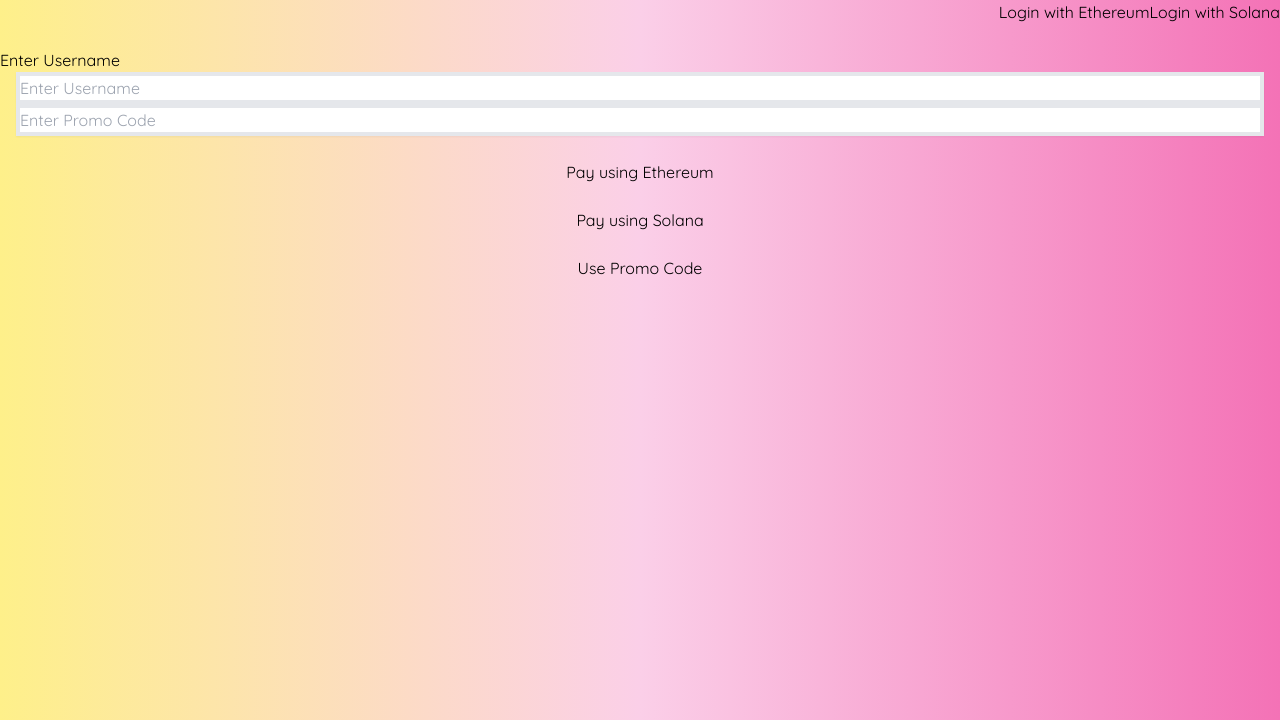
Repository: 22shivam/Polychain
Page: / (app in frontend/)
These files come from the project's save history. The page is drawn as it stood at one moment and after the next save; the edit follows.
The browser window is 1280 px wide. The pictures show the whole page.
The page's requests for data from a server got no answer. The project was rebuilt for these pictures with package versions that can differ from the ones it lists, and the page was loaded fresh each time. The framework's server and built-in components were replaced by stand-ins that run in the browser. No one was signed in, and anything a server would have sent is missing. Also part of the build but not shown: frontend/next.config.js.

Above is the page before, as saved 2022-01-01 11:38:32.

### frontend/pages/_app.js
import React from 'react';
import '../styles/globals.css'
import { useState, createContext } from 'react';

const UserContext = createContext({
  userAccount: "",
  setUserAccount: () => { }
});

function MyApp({ Component, pageProps }) {
  const [userAccount, setUserAccount] = useState({});
  const value = { userAccount, setUserAccount };
  console.log(userAccount)


  return (
    <UserContext.Provider value={value}>
      <Component {...pageProps} />
    </UserContext.Provider>
  )
}

export default MyApp
export { UserContext };

### frontend/pages/_document.js
import Document, { Html, Head, Main, NextScript } from 'next/document'

class MyDocument extends Document {
    render() {
        return (
            <Html>
                <Head>
                    <link rel="preconnect" href="https://fonts.googleapis.com" />
                    <link rel="preconnect" href="https://fonts.gstatic.com" crossorigin />
                    <link href="https://fonts.googleapis.com/css2?family=Quicksand:wght@300;400;500;600;700&display=swap" rel="stylesheet" />
                </Head>
                <body className='bg-gradient-to-r from-yellow-200 via-pink-200 to-pink-400'>
                    <Main />
                    <NextScript />
                </body>
            </Html>
        )
    }
}

export default MyDocument

### frontend/pages/index.js
import { useState, useEffect, useContext } from "react";
import transferSOL from "../lib/transferSol";
import transferEth from "../lib/transferEth";
import createPostRequest from "../lib/createPostRequest";
import { ethers } from "ethers";
import Link from 'next/link'
import getSolanaProvider from "../lib/getSolanaProvider";
import { UserContext } from "./_app";
import * as web3 from "@solana/web3.js";

export default function App() {
    console.log("rerendering")
    const [username, setUsername] = useState("")
    const [promoCode, setPromoCode] = useState("");
    const { userAccount, setUserAccount } = useContext(UserContext);

    const handleLogout = async () => {
        console.log(userAccount.blockchain)
        if (userAccount.blockchain == "sol") {
            window.solana.disconnect()
        }
        const response = await fetch("http://localhost:3001/logout", {
            credentials: 'include'
        })

        const processedResponse = await response.json()
        console.log(processedResponse)
        setUserAccount({})
    }

    useEffect(() => {
        // ask them to login either through solana or eth
        (async () => {
            console.log("fetching username details")
            const response = await fetch("http://localhost:3001/isLoggedIn", {
                credentials: 'include'
            })
            const processedResponse = await response.json()
            console.log("processedResponse", processedResponse)
            if (!processedResponse.isLoggedIn) {
                return console.log("please login first")
            } else {
                setUserAccount({ address: processedResponse.address, blockchain: processedResponse.blockchain })
            }
        })()
    }, [])

    useEffect(() => {
        if (window.ethereum) {
            window.ethereum.on('accountsChanged', handleLogout);
        }
        if (window.solana) {
            window.solana.on("disconnect", handleLogout)
        }
        return () => {
            if (window.ethereum) {
                window.ethereum.removeListener('accountsChanged', handleLogout);
            }
            if (window.solana) {
                window.solana.removeListener("disconnect", handleLogout);
            }
        }
    }, [])

    const registerUsingPromoCode = async (e) => {

        if (!window.ethereum)
            throw new Error("No Ethereum Crypto wallet found. Please install it.");
        // await window.ethereum.send("eth_requestAccounts");
        // const accounts = await window.ethereum.request({ method: 'eth_accounts' });
        if (!userAccount.address) {
            // ask them to login either through solana or eth
            return console.log("please login first")
        }

        const requestObject = {
            username,
            promoCode,
            address: userAccount.address,
            blockchain: userAccount.blockchain
        }

        try {
            const registrationResponse = await createPostRequest("http://localhost:3001/register/promo", requestObject)
            console.log(registrationResponse)
        } catch (err) { console.log("registration failed:", err) }

    }

    const registerUsingSolana = async (e) => {
        const coinbaseResponse = await fetch("https://api.coinbase.com/v2/exchange-rates")
        const data = await coinbaseResponse.json()
        const solPerUSD = data.data.rates.SOL
        const SOLpayValue = solPerUSD * 5
        const hash = await transferSOL(SOLpayValue, "AA6bqLgTzYPpFFH2R9XLdudibWcemLkKDRtZmPQEsEiS", setUserAccount);
        if (!hash) { return }

        const requestObject = {
            hash,
            username
        }

        try {
            const registrationResponse = await createPostRequest("http://localhost:3001/register/sol", requestObject)
            console.log(registrationResponse)
        } catch (err) { console.log("registration failed:", err) }


    }

    const registerUsingEthereum = async (e) => {
        // make get request to https://api.coinbase.com/v2/exchange-rates
        // get the USD value of ETH
        const coinbaseResponse = await fetch("https://api.coinbase.com/v2/exchange-rates")
        const data = await coinbaseResponse.json()
        const ethPerUSD = data.data.rates.ETH
        const ETHpayValue = ethPerUSD * 5

        const tx = await transferEth({
            ether: ETHpayValue.toString(),
            addr: "0x76aEB5092D8eabCec324Be739b8BA5dF473F0055"
        }, setUserAccount)
        if (!tx) { return }

        const requestObject = {
            tx,
            username
        }
        try {
            const registrationResponse = await createPostRequest("http://localhost:3001/register/eth", requestObject)
            console.log(registrationResponse)
        } catch (err) { console.log("registration failed:", err) }
    }

    const ethLogin = async (e) => {
        try {
            if (!window.ethereum)
                throw new Error("No Ethereum Crypto wallet found. Please install it.");
            // await window.ethereum.send("eth_requestAccounts");
            // const accounts = await window.ethereum.request({ method: 'eth_accounts' });
            const accounts = await window.ethereum.request({
                method: "wallet_requestPermissions",
                params: [{
                    eth_accounts: {}
                }]
            }).then(() => ethereum.request({
                method: 'eth_requestAccounts'
            }))
            // const accounts = await ethereum.request({ method: "eth_requestAccounts" })
            const provider = new ethers.providers.Web3Provider(window.ethereum);
            const signer = provider.getSigner();
            const message = `Logging in.... \n \n Random ID: ${Math.random().toString(36).slice(2)}`
            const signature = await signer.signMessage(message)
            const requestObject = {
                signature,
                message,
                address: accounts[0]
            }
            const loginResponse = await createPostRequest("http://localhost:3001/login/eth", requestObject)

            if (loginResponse.success) {
                setUserAccount({ address: accounts[0], blockchain: "eth" })
            }

            console.log(loginResponse)
        } catch (err) { console.log(err) }

    }

    const solLogin = async (e) => {
        try {
            const provider = await (async () => {
                if ("solana" in window) {
                    // await window.solana.request({ method: "disconnect" });
                    await window.solana.connect();
                    const provider = window.solana;
                    console.log("Is Phantom installed?  ", provider.isPhantom);
                    return provider
                } else {
                    window.open("https://www.phantom.app/", "_blank");
                }
            })()
            const message = `Logging in.... \n \n Random ID: ${Math.random().toString(36).slice(2)}`
            const encodedMessage = new TextEncoder().encode(message);
            const signedMessage = await window.solana.signMessage(encodedMessage, "utf8")
            console.log(JSON.parse(JSON.stringify(signedMessage.publicKey)).toString())
            console.log(signedMessage.publicKey.toBase58()) // returns publickey in base58.
            console.log(new web3.PublicKey(signedMessage.publicKey.toBase58()))
            console.log(Object.getPrototypeOf(signedMessage.publicKey))
            console.log(signedMessage.publicKey)
            console.log(signedMessage.publicKey)
            console.log(signedMessage.publicKey._bn)
            console.log(signedMessage)
            console.log(JSON.stringify(signedMessage))


            const requestObject = {
                signedMessage: signedMessage,
                message,
                address: signedMessage.publicKey.toBytes(),
                publicKey: signedMessage.publicKey.toBase58()

            }
            const loginResponse = await createPostRequest("http://localhost:3001/login/sol", requestObject)

            if (loginResponse.success) {
                setUserAccount({ address: signedMessage.publicKey.toString(), blockchain: "sol" })
            }

            console.log(loginResponse)
        } catch (err) { console.log(err) }
    }


    return (
        <div className="flex flex-col">
            <div className="flex flex-row" id="nav_bar">
                <div className="grow-0" id="left_nav_bar"> </div>
                <div className="grow" id="spacer">  </div>
                <div className="grow-0" id="right_nav_bar">
                    {userAccount.address ?
                        <div>
                            <h1><Link href="/dashboard">Dashboard</Link></h1>
                            <button onClick={handleLogout}>Logout</button>
                        </div>
                        : (
                            <div>
                                <button onClick={ethLogin}>Login with Ethereum</button>
                                <button onClick={solLogin}>Login with Solana</button>

                            </div>
                        )}


                </div>
            </div>

            <br />
            <h1> Enter Username </h1>
            <input value={username} onChange={(e) => { setUsername(e.target.value) }} className="shadow-sm mr-4 ml-4 border-4" name="ether" type="text" placeholder="Enter Username" />
            <input value={promoCode} onChange={(e) => { setPromoCode(e.target.value) }} className="shadow-sm mr-4 ml-4 border-4" name="ether" type="text" placeholder="Enter Promo Code" />
            <br />
            <button onClick={registerUsingEthereum}>Pay using Ethereum</button>
            <br />
            <button onClick={registerUsingSolana}>Pay using Solana</button>
            <br />
            <button onClick={registerUsingPromoCode}>Use Promo Code</button>
        </div>

    );
}

### frontend/styles/globals.css
@tailwind base;
@tailwind components;
@tailwind utilities;

html,
body {
  padding: 0;
  margin: 0;
  font-family: Quicksand, -apple-system, BlinkMacSystemFont, Segoe UI, Roboto, Oxygen,
    Ubuntu, Cantarell, Fira Sans, Droid Sans, Helvetica Neue, sans-serif;
}

a {
  color: inherit;
  text-decoration: none;
}

* {
  box-sizing: border-box;
}

### frontend/lib/transferSol.js
import getSolanaProvider from "./getSolanaProvider";
import * as web3 from '@solana/web3.js';

export default async function transferSOL(solAmount, toAddr, setUserAccount) {
    // Detecing and storing the phantom wallet of the user (creator in this case)
    var provider = await getSolanaProvider();

    // Establishing connection
    var connection = new web3.Connection(
        web3.clusterApiUrl('devnet'), // change to mainnet-beta when deploying
    );
    var recieverWallet = new web3.PublicKey(toAddr);
    console.log("pblickey of sender", provider.publicKey)
    var transaction = new web3.Transaction().add(
        web3.SystemProgram.transfer({
            fromPubkey: provider.publicKey,
            toPubkey: recieverWallet,
            lamports: solAmount * web3.LAMPORTS_PER_SOL
        }),
    );

    // Setting the variables for the transaction
    transaction.feePayer = await provider.publicKey;
    let blockhashObj = await connection.getRecentBlockhash();
    transaction.recentBlockhash = await blockhashObj.blockhash;
    // Request creator to sign the transaction (allow the transaction)
    let signed = await provider.signTransaction(transaction);
    // The signature is generated
    let hash = await connection.sendRawTransaction(signed.serialize());
    console.log(hash)
    // Confirm whether the transaction went through or not
    if (setUserAccount) {
        setUserAccount({ address: provider.publicKey, blockchain: "sol" })
    }
    await connection.confirmTransaction(hash);
    return hash
}

### frontend/lib/transferEth.js
import { ethers } from 'ethers'
import { toBn } from 'evm-bn';

const transferEth = async ({ ether, addr }, setUserAccount) => {
    try {
        if (!window.ethereum)
            throw new Error("No crypto wallet found. Please install it.");

        const accounts = await ethereum.request({ method: "eth_requestAccounts" })
        // await window.ethereum.request({ method: 'eth_accounts' });
        const provider = new ethers.providers.Web3Provider(window.ethereum);
        const signer = provider.getSigner();
        const tx = await signer.sendTransaction({
            to: addr,
            value: toBn(ether)
        });
        if (setUserAccount) {
            setUserAccount({ address: accounts[0], blockchain: "eth" })
        }
        return tx
    } catch (err) {
        alert(err.message)
    }
};

export default transferEth

### frontend/lib/createPostRequest.js

const createPostRequest = async (url, requestObject) => {
    const response = await fetch(url, {
        method: 'POST', // *GET, POST, PUT, DELETE, etc.
        mode: 'cors', // no-cors, *cors, same-origin
        cache: 'no-cache', // *default, no-cache, reload, force-cache, only-if-cached
        credentials: 'include', // include, *same-origin, omit
        headers: {
            'Content-Type': 'application/json'
            // 'Content-Type': 'application/x-www-form-urlencoded',
        },
        redirect: 'follow', // manual, *follow, error
        referrerPolicy: 'no-referrer', // no-referrer, *no-referrer-when-downgrade, origin, origin-when-cross-origin, same-origin, strict-origin, strict-origin-when-cross-origin, unsafe-url
        body: JSON.stringify(requestObject) // body data type must match "Content-Type" header
    });

    const processedResponse = await response.json();

    return processedResponse
}

export default createPostRequest;

### frontend/lib/getSolanaProvider.js
const getSolanaProvider = async () => {
    if ("solana" in window) {
        await window.solana.connect();
        const provider = window.solana;
        if (provider.isPhantom) {
            console.log("Is Phantom installed?  ", provider.isPhantom);
            return provider;
        }
    } else {
        window.open("https://www.phantom.app/", "_blank");
    }
};

export default getSolanaProvider;

Loaded but not shown: frontend/tailwind.config.js (common file)

After the next save:
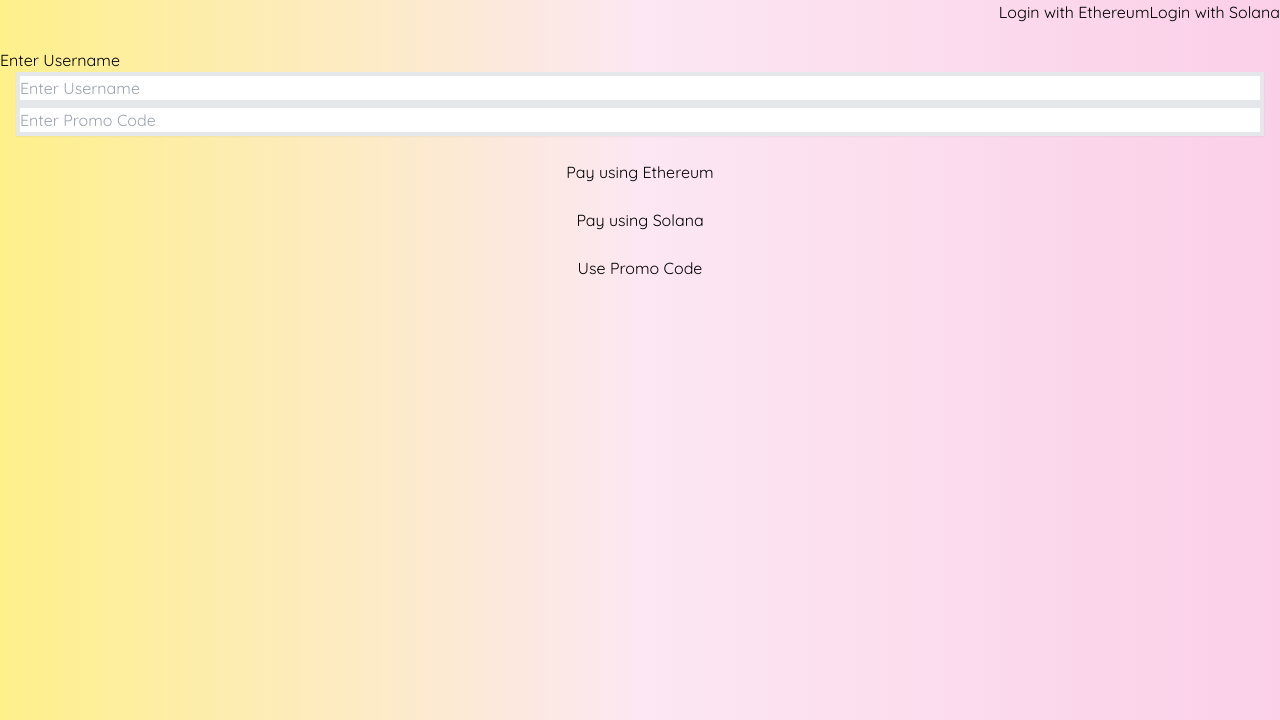
Saved 6 s later.
--- a/frontend/pages/_document.js
+++ b/frontend/pages/_document.js
@@ -9,7 +9,7 @@ class MyDocument extends Document {
                     <link rel="preconnect" href="https://fonts.gstatic.com" crossorigin />
                     <link href="https://fonts.googleapis.com/css2?family=Quicksand:wght@300;400;500;600;700&display=swap" rel="stylesheet" />
                 </Head>
-                <body className='bg-gradient-to-r from-yellow-200 via-pink-200 to-pink-400'>
+                <body className='bg-gradient-to-r from-yellow-200 via-pink-100 to-pink-200'>
                     <Main />
                     <NextScript />
                 </body>
